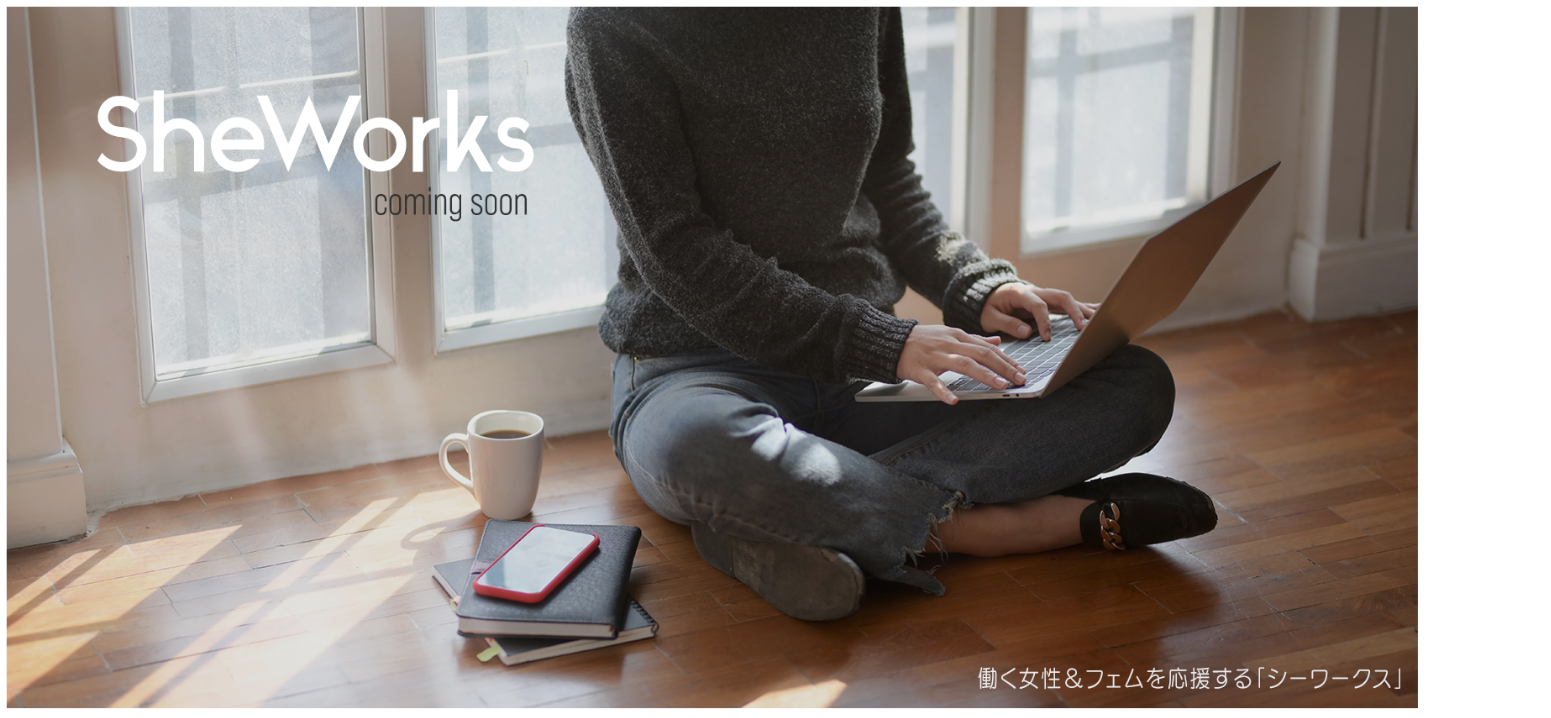
Repository: sheworks/sheworks.github.io
Page: index.html
The author's editor kept a record of every edit. The page is drawn from the files as they stood at one moment, then again after the next edit.
The browser window is 1280 px wide. The page is 1688 px wide, then 1846 px, so the pictures cover 1846 px, including what lies to the right of the window. The pictures show the whole page, at 84% of full size.

Above is the page before.

### index.html
<!DOCTYPE html>
<html>
    <head>
        <title>SheWorks: coming soon</title>
        <meta charset="UTF-8">
        <meta name="description" content="SheWorks -- for women & femmes in Japan | 働く女性＆フェムを応援する「シーワークス」">
        <meta name="viewport" content="width=device-width, initial-scale:1.0">
        <link rel="stylesheet" href="style.css" type="text/css" />
    </head>
    <body>
        <div class="center">

        </div>
        <img src="placeholder.png" alt="SheWorks: coming soon">
    </body>
</html>

### style.css
/*html {
   width:100%;
   height:100%;
   background:url(placeholder.png) center center no-repeat;
}
*/
.center {
    display: block;
    margin-left: auto;
    margin-right: auto;
    width: 75%;
}
*/

After the next edit:
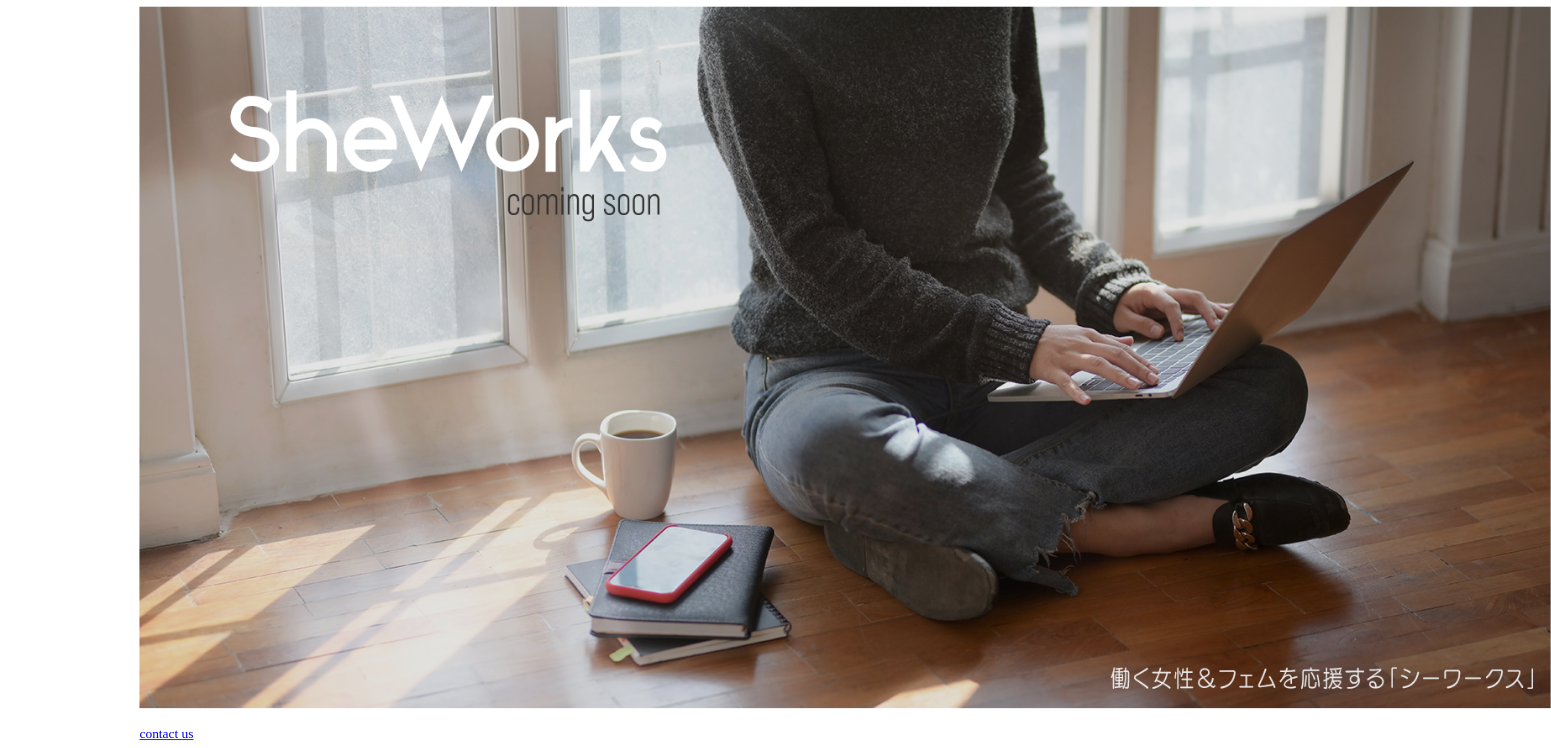
The edit:
--- a/index.html
+++ b/index.html
@@ -9,8 +9,10 @@
     </head>
     <body>
         <div class="center">
-
+            <img src="placeholder.png" alt="SheWorks: coming soon">
+            <br>
+            <br>
+            <a href="mailto:sheworksjp[@]gmail[.]com">contact us</a>
         </div>
-        <img src="placeholder.png" alt="SheWorks: coming soon">
     </body>
 </html>
